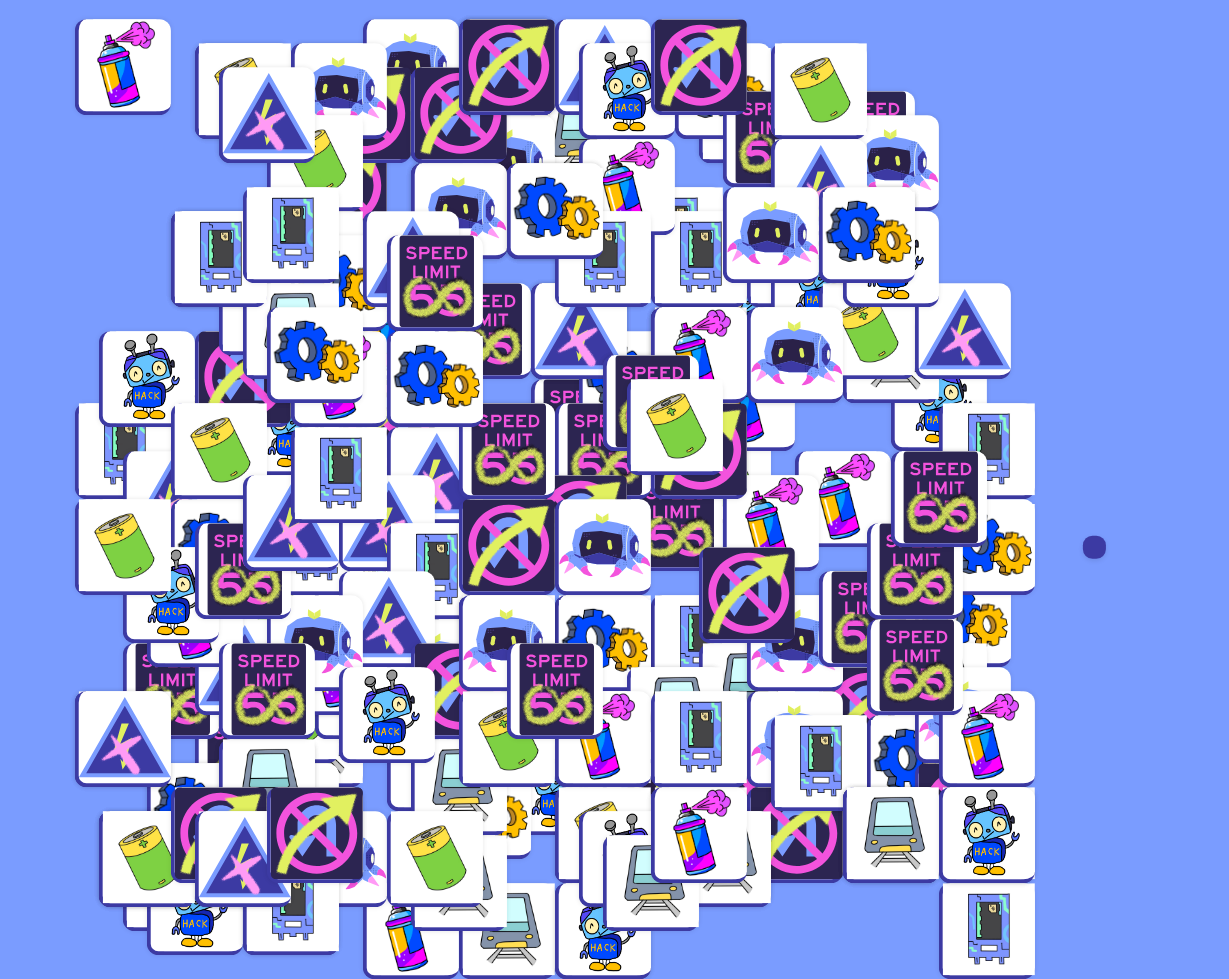
Repository: Avril-Cui/hack-puzzle
Page: / (app in client/)
An editor plug-in stored every save of this project. The page is shown before and after the next save, followed by the edit.
The browser window is 1280 px wide. The pictures show the whole page, at 96% of full size.
The project was rebuilt for these pictures with package versions that can differ from the ones it lists, and the page was loaded fresh each time. The framework's server and built-in components were replaced by stand-ins that run in the browser. Also part of the build but not shown: client/next.config.ts.

Above is the page before, as saved 2025-06-11 19:46:00.

After the next save:
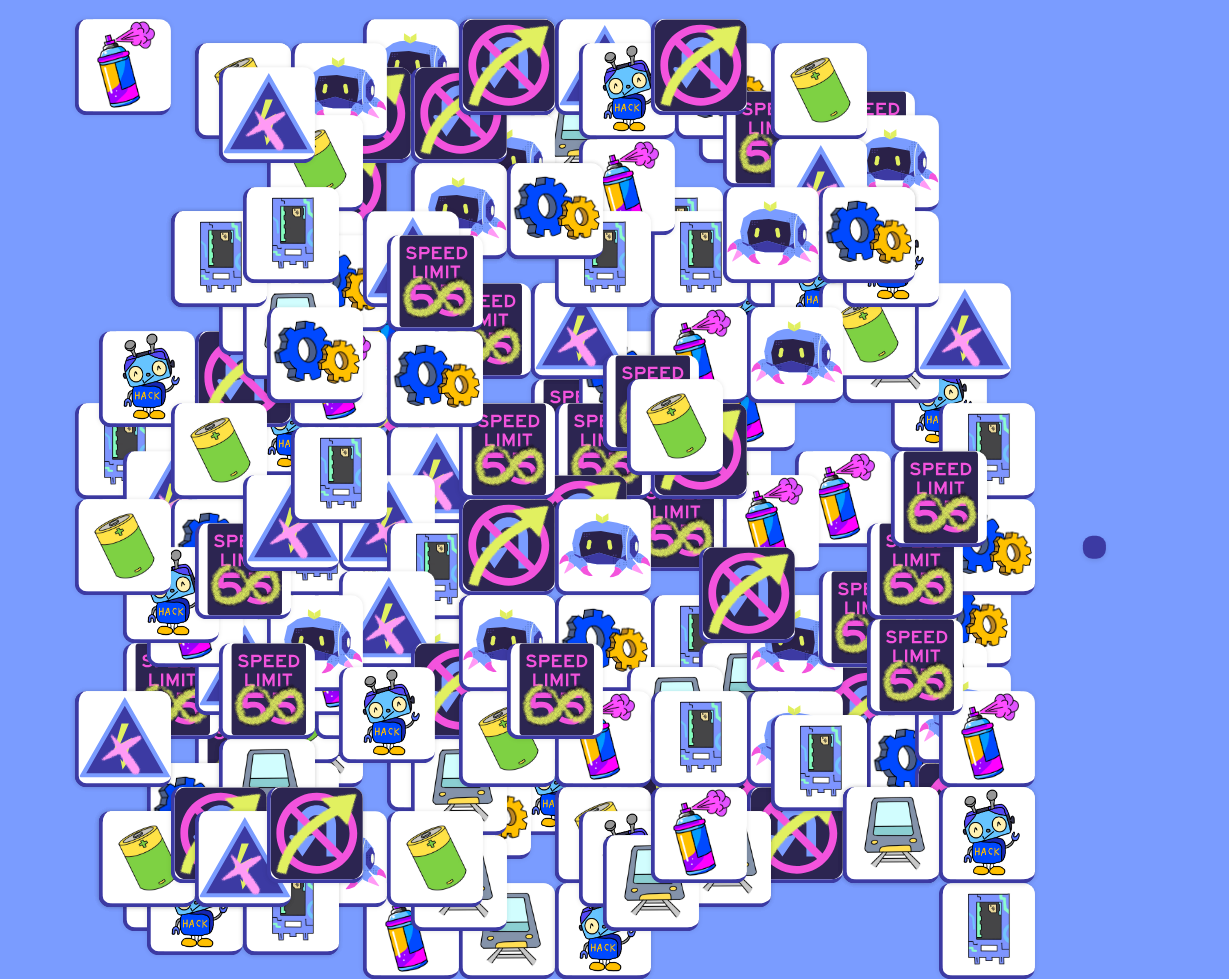
Saved 22 s later.
--- a/client/components/Game.module.css
+++ b/client/components/Game.module.css
@@ -14,36 +14,37 @@
 }
 
 .tile {
-    position: absolute;
-    width: 100px;
-    height: 100px;
-    background-color: white;
-    border-radius: 12px;
-    box-shadow: 0 0 5px rgba(0, 0, 0, 0.1);
-    border-left: 4px solid #3C3AA3;
-    border-bottom: 4px solid #3C3AA3;
-    display: flex;
-    justify-content: center;
-    align-items: center;
-    cursor: pointer;
-    transition: transform 0.1s;
-  }
+  position: absolute;
+  width: 100px;
+  height: 100px;
+  background-color: white;
+  border-radius: 12px;
+  box-shadow: 0 0 5px rgba(0, 0, 0, 0.1);
+  border-left: 4px solid #3c3aa3;
+  border-bottom: 4px solid #3c3aa3;
+  display: flex;
+  justify-content: center;
+  align-items: center;
+  cursor: pointer;
+  transition: transform 0.1s;
+}
 
-  .tileInner {
-    width: 100%;
-    height: 100%;
-    display: flex;
-    justify-content: center;
-    align-items: center;
-    overflow: hidden;
-  }
+.tileInner {
+  width: 100%;
+  height: 100%;
+  display: flex;
+  justify-content: center;
+  align-items: center;
+  overflow: hidden;
+}
 
-  .tileInner img {
-    max-width: 100%;
-    max-height: 100%;
-    object-fit: contain;
-    pointer-events: none;
-  }
+.tileInner img {
+  max-width: 100%;
+  max-height: 100%;
+  object-fit: contain;
+  pointer-events: none;
+  border-radius: 12px;
+}
 .covered {
   background: #ccc;
   opacity: 0.4;
